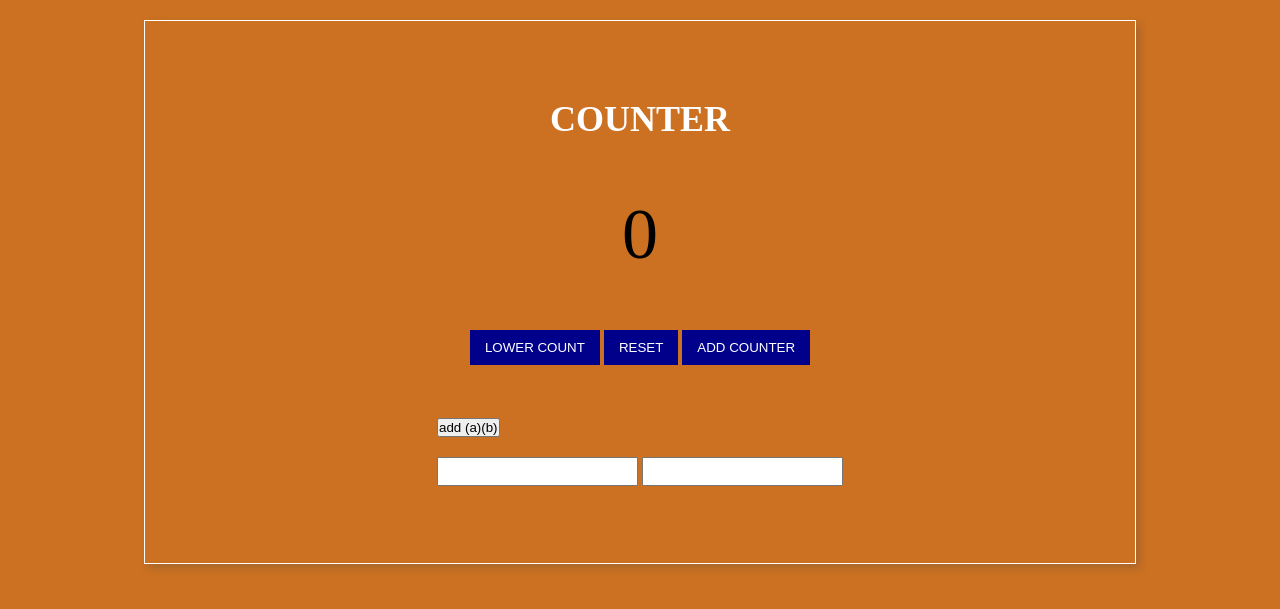
Repository: lusine-tech/counter
Page: index.html
These files come from the project's save history. The page is drawn as it stood at one moment and after the next save; the edit follows.
The browser window is 1280 px wide. The pictures show the whole page.

Above is the page before, as saved 2022-02-14 23:55:42.

After the next save:
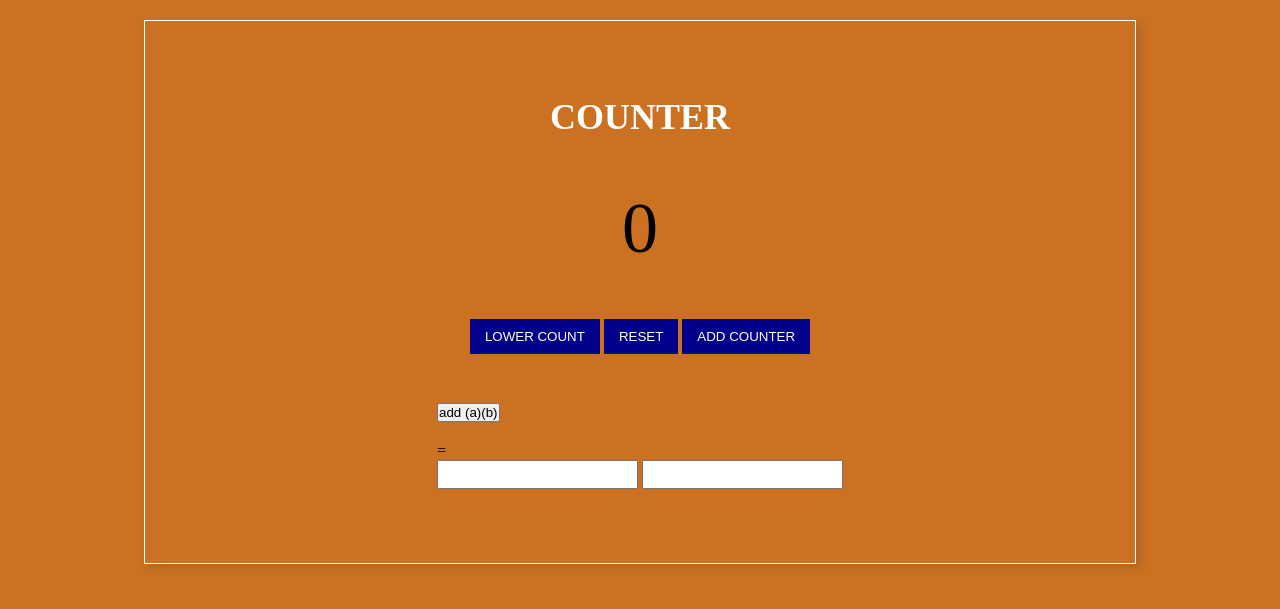
Saved 5 s later.
--- a/index.html
+++ b/index.html
@@ -21,7 +21,7 @@
             </div>
             <div class="inputs">
                 <button class="sum">add (a)(b) </button>
-                <div class="result"></div>
+                <div class="result">=</div>
                 <input type="number" class="left-number">
                 <input type="number" class="right-number">
             </div>
